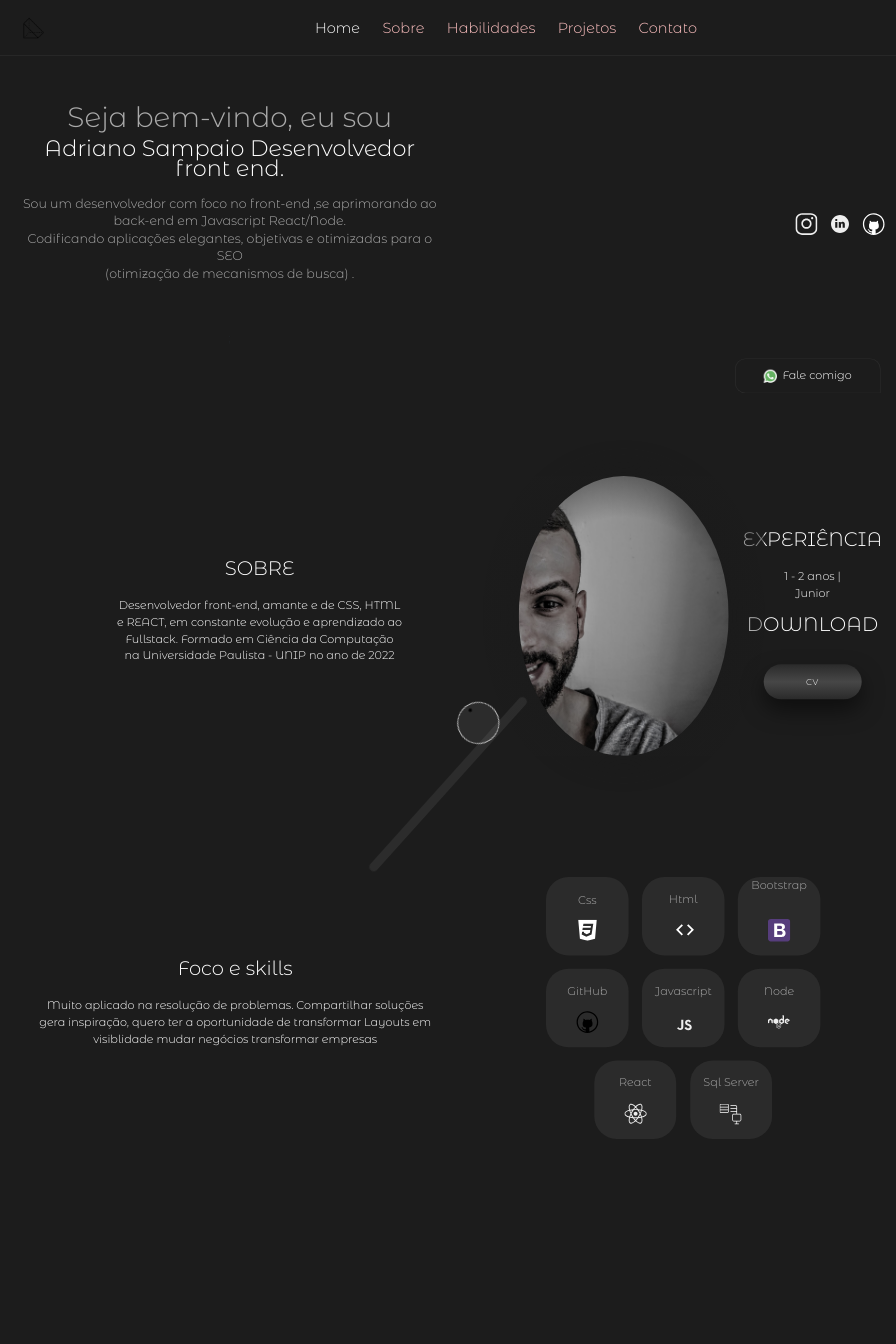
Repository: adrianodisam/NovoPortifolio
Page: /
The author's editor kept a copy of each file at every save. The page is drawn from the files as they stood at one save, then again after the next save.
The browser window is 1280 px wide. The pictures show the part of the page from y = 0 to 1920 px (the page is 3024 px tall), at 70% of full size.
The project was rebuilt for these pictures with package versions that can differ from the ones it lists, and the page was loaded fresh each time. Imported but missing from the stored project, and not drawn on this page: src/componentes/Download/Adriano.pdf.

Above is the page before, as saved 2024-11-02 16:46:49.

After the next save:
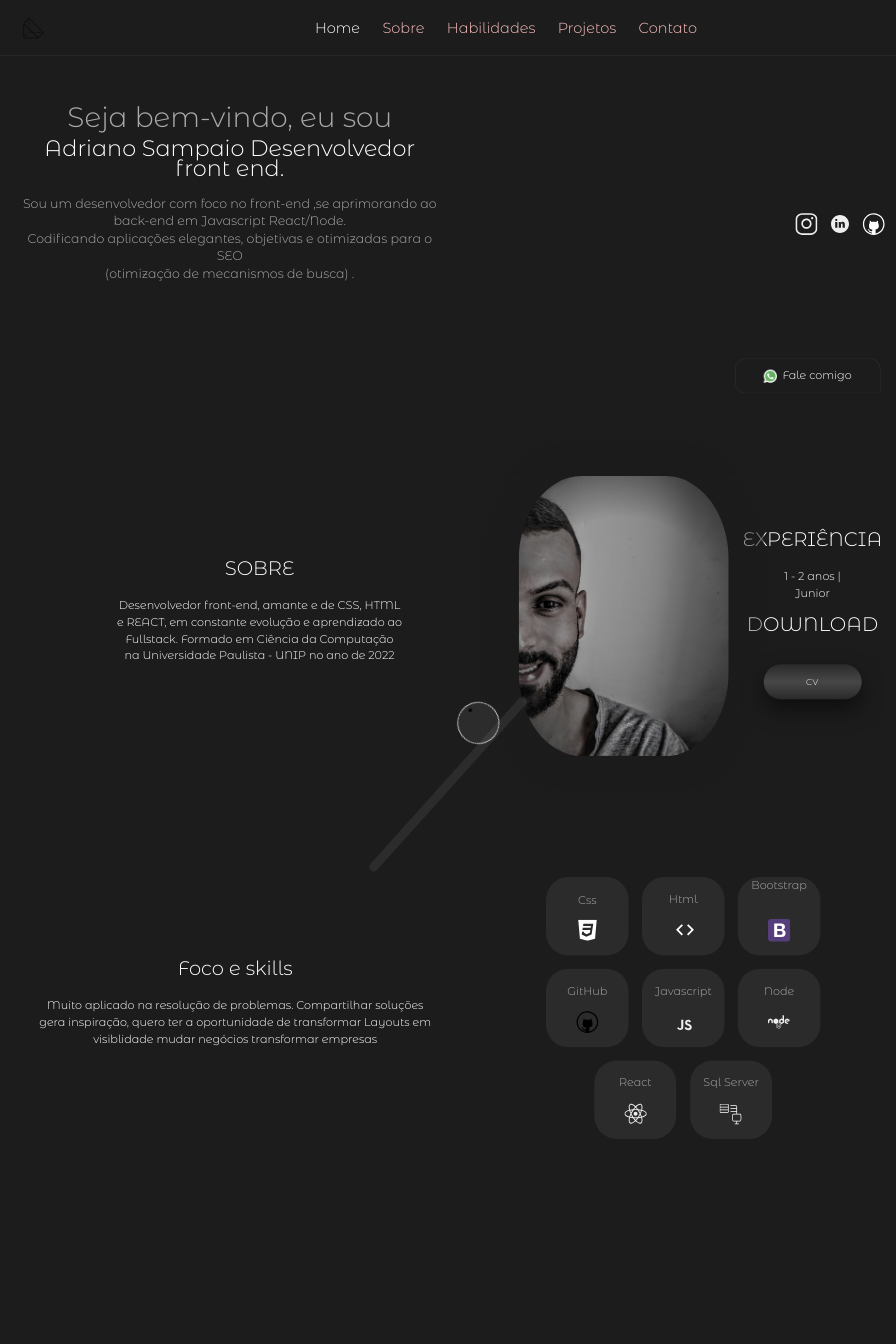
Saved 21 s later.
--- a/src/componentes/FotoSobre/FotoSobre.module.css
+++ b/src/componentes/FotoSobre/FotoSobre.module.css
@@ -15,7 +15,7 @@
   width: 300px; /* Ajuste o tamanho conforme necessário */
   height: 400px; /* Ajuste o tamanho conforme necessário */
   object-fit: cover;
-  border-radius: 80%; /* Raio para bordas arredondadas */
+  border-radius: 30%; /* Raio para bordas arredondadas */
   box-shadow: 0 0 30px 15px rgba(28, 28, 28, 0.8); /* Sombra esfumaçada */
 }
 /* Adiciona o efeito esfumaçado ao redor da imagem */
